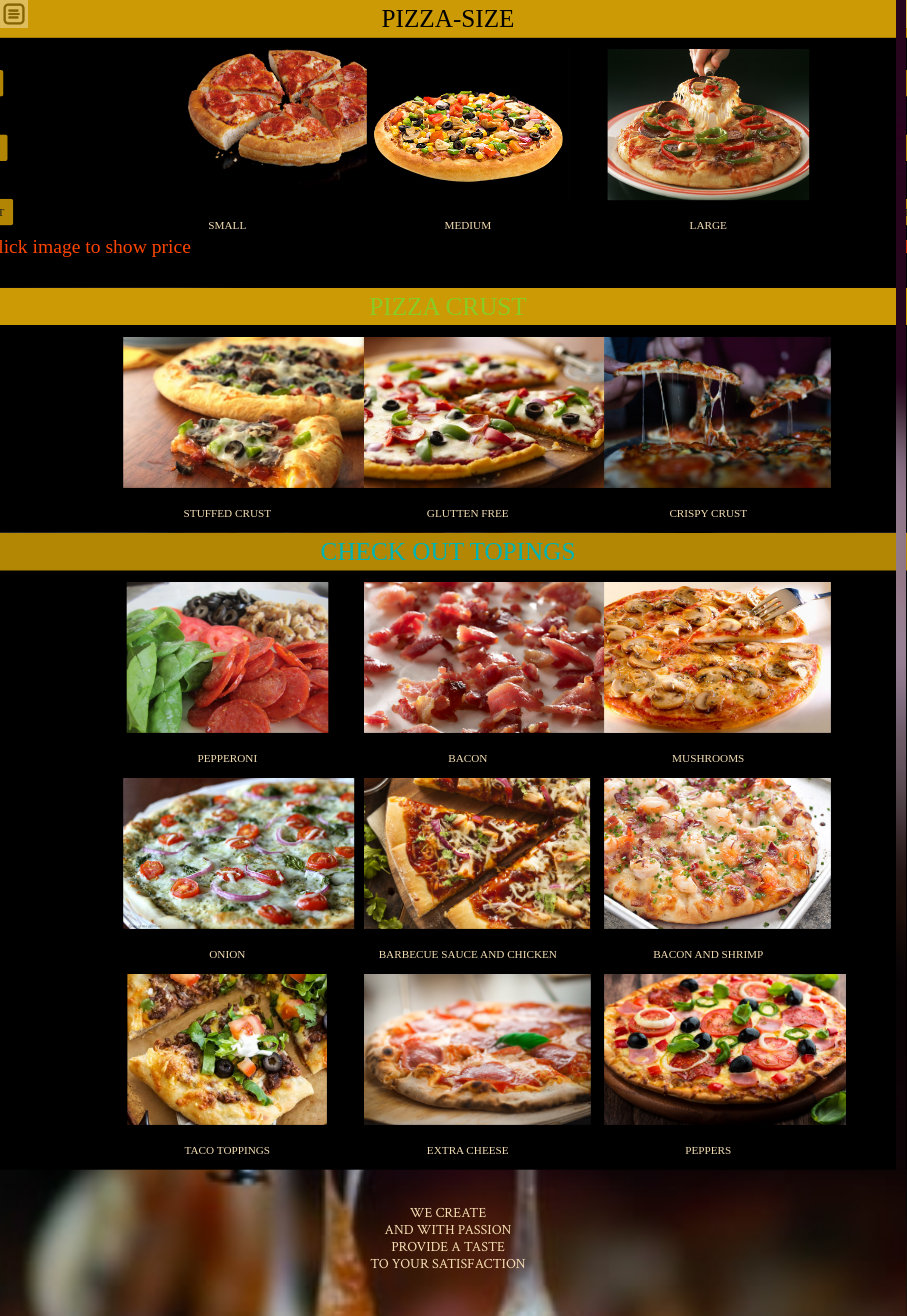
Repository: alexmwaura/MOREO--PIZZA-IP4
Page: mine.html
The author's editor kept a copy of each file at every save. The page is drawn from the files as they stood at one save, then again after the next save.
The browser window is 1280 px wide. The page is 1295 px wide, so the pictures cover 1295 px, including what lies to the right of the window. The pictures show the part of the page from y = 0 to 1880 px (the page is 3153 px tall), at 70% of full size.
Some web fonts or font styles are not loaded; a fallback is used.

Above is the page before, as saved 2019-09-01 17:10:55.

After the next save:
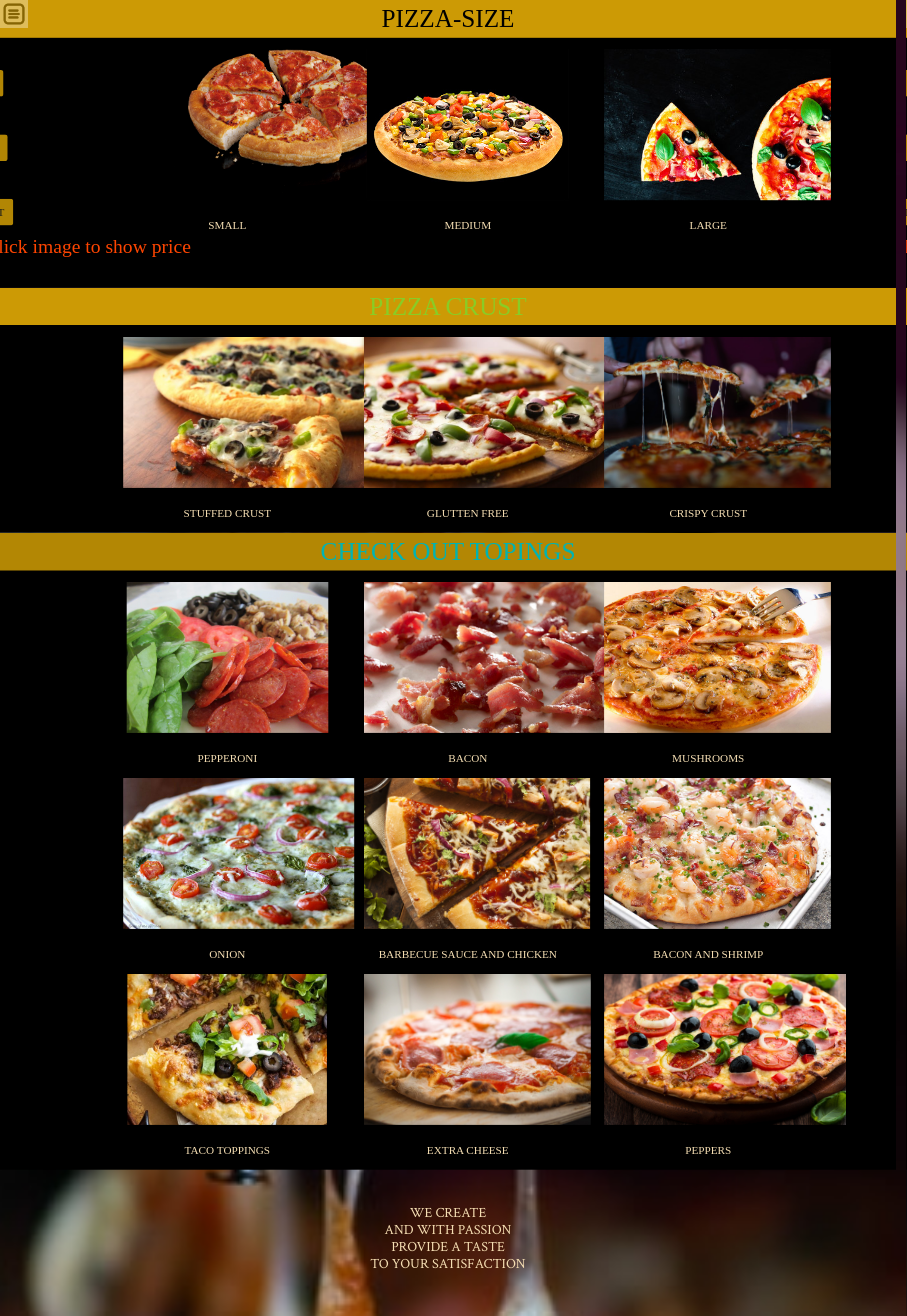
Saved 3 min 12 s later.
--- a/mine.html
+++ b/mine.html
@@ -98,7 +98,7 @@
 
                             <div class="col-lg-3 col-md-3 col-sm-3">
                                 <div id="workS3">
-                                    <img src="./IMAGES/large2.jpg" alt="" class="img-fluid-S3 "><br><br>
+                                    <img src="./IMAGES/large3.jpg" alt="" class="img-fluid-S3 "><br><br>
 
                                     <div class="overlay">
                                         <div class="line">
